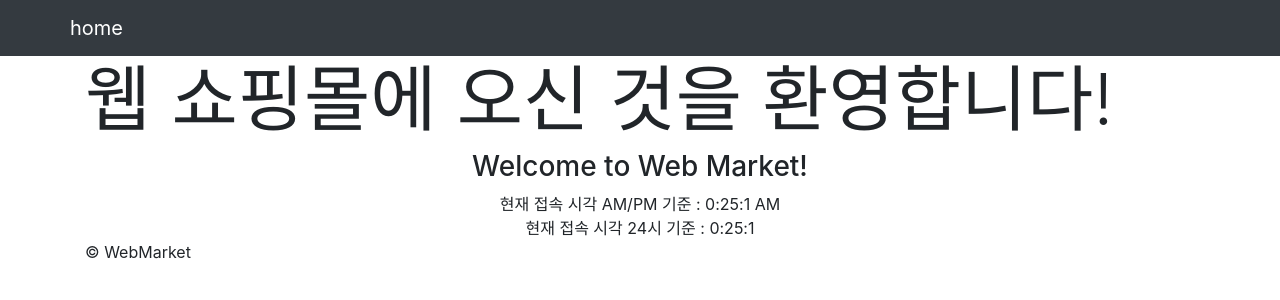
Repository: realseungju/JSP
Page: http://localhost/WebMarket/web_front_page.jsp
An editor plug-in stored every save of this project. The page is shown before and after the next save, followed by the edit.
The browser window is 1280 px wide. The pictures show the whole page.
The page is served by Tomcat 9.

Above is the page before, as saved 2021-11-22 02:44:50.

### JSP_Work/WebMarket/WebContent/web_front_page.jsp
<%@ page language="java" contentType="text/html; charset=utf-8" pageEncoding="utf-8"%>
<%@ page import = "java.util.Date"%>
<html>
<head>
<link rel="stylesheet" href="https://maxcdn.bootstrapcdn.com/bootstrap/4.0.0/css/bootstrap.min.css">
<title>Welcome</title>
</head>
<body>
	<nav class="navbar navbar-expand navbar-dark bg-dark">
		<div class="container">
			<div class="navbar-header">
				<a class="navbar-brand" href="./welcome.jsp"> home </a>
			</div>
		</div>
	</nav>

	<%!
		String greeting = "웹 쇼핑몰에 오신 것을 환영합니다!";
		String tagline = "Welcome to Web Market!";
	 %>

	 <div class="jumbotoron">
	 	<div class="container">
	 		<h1 class="display-3">
	 			<%=greeting%>
	 		</h1>
	 	</div>
	 </div>

	 <main role="main">
	 	<div class="container">
	 		<div class="text-center">
	 			<h3>
	 				<%=tagline%>
	 			</h3>

	 			<%
	 				Date day = new java.util.Date();
	 				String am_pm;
	 				int hour = day.getHours();
	 				int hour2 = day.getHours();
	 				int min = day.getMinutes();
	 				int sec = day.getSeconds();
	 				if (hour / 12 == 0)
	 				{
	 					am_pm = "AM";
	 				}
	 				else
	 				{
	 					am_pm = "PM";
	 					hour = hour - 12;
	 				}
	 				String CT = hour + ":" + min + ":" + sec + " " + am_pm;

	 				out.println("현재 접속 시각 AM/PM 기준 : " + CT + "<br>");

	 				String CT2 = hour2 + ":" + min + ":" + sec + " ";

	 				out.println("현재 접속 시각 24시 기준 : " + CT2 + "<br>");

	 			%>
	 		</div>
	 	</div>
	 </main>
	 <footer class="container">
	 	<p>&copy; WebMarket</p>
	 </footer>
</body>
</html>

After the next save:
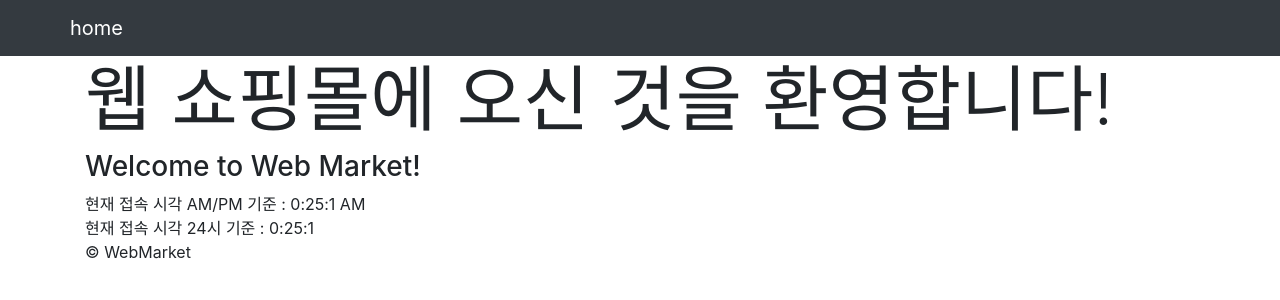
Saved 52 s later.
--- a/JSP_Work/WebMarket/WebContent/web_front_page.jsp
+++ b/JSP_Work/WebMarket/WebContent/web_front_page.jsp
@@ -29,7 +29,7 @@
 
 	 <main role="main">
 	 	<div class="container">
-	 		<div class="text-center">
+	 		<div class="text-left">
 	 			<h3>
 	 				<%=tagline%>
 	 			</h3>
